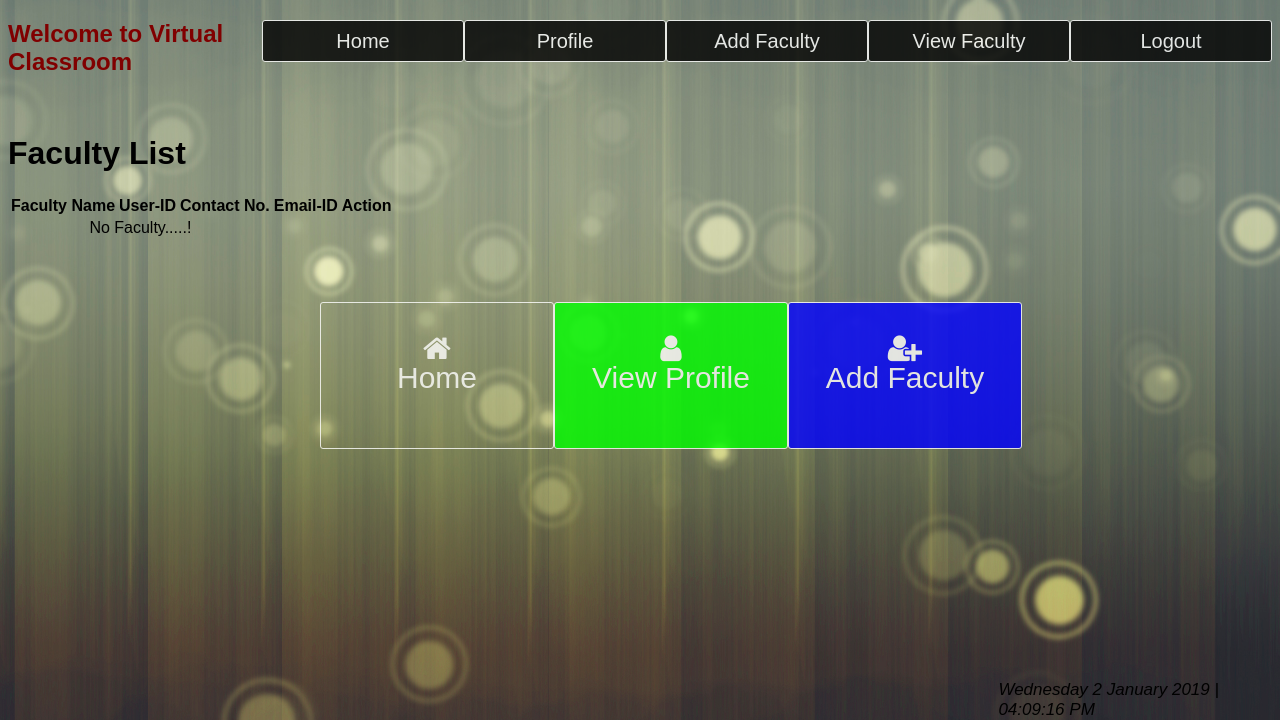
Repository: Rajendra1998/Virtual_classroom_mvc_project
Page: http://localhost/Virtual_classroom/display_faculty.jsp
The author's editor kept a copy of each file at every save. The page is drawn from the files as they stood at one save, then again after the next save.
The browser window is 1280 px wide. The pictures show the whole page.
The page is served by Tomcat 9. The template is opened directly, without the code that normally fills it, so the values that code supplies are empty.

Above is the page before, as saved 2019-01-09 19:39:27.

After the next save:
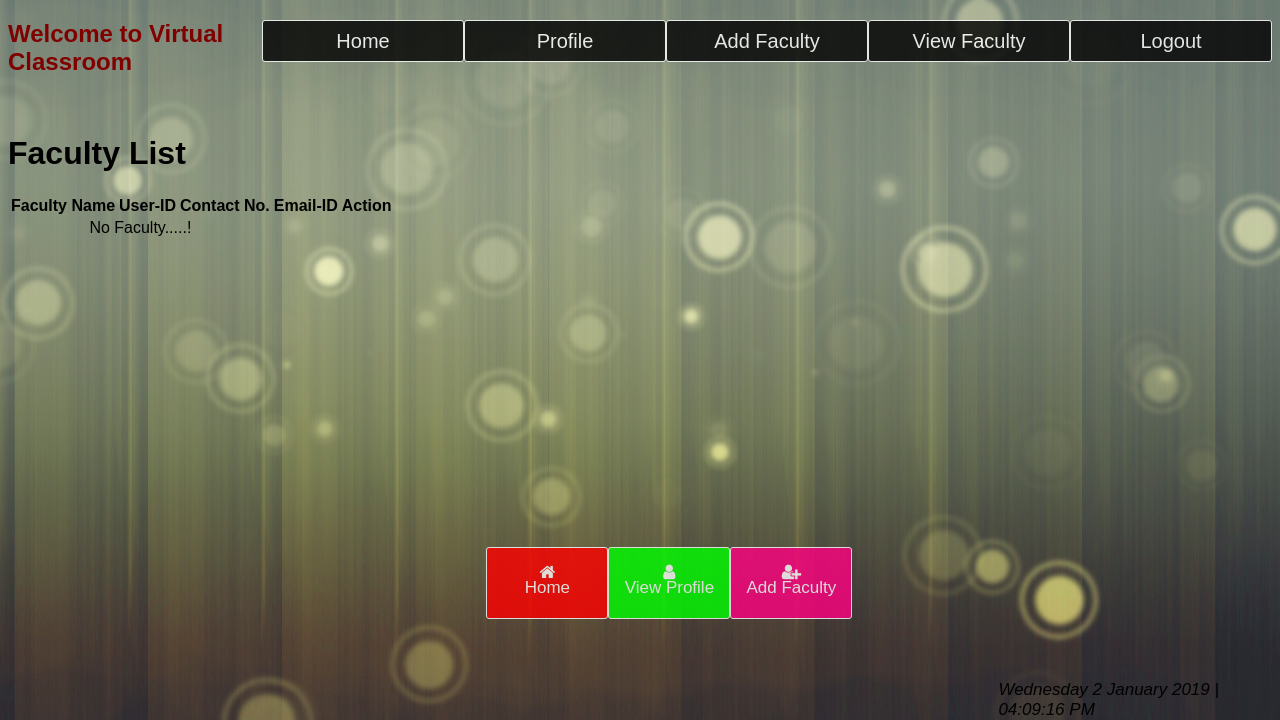
Saved 3 min 58 s later.
--- a/Virtual_classroom/WebContent/display_faculty.jsp
+++ b/Virtual_classroom/WebContent/display_faculty.jsp
@@ -71,8 +71,8 @@
 	}
 	.menu1 nav{
 		position:absolute;
-		top:42%;
-		left:25%;
+		top:76%;
+		left:38%;
 
 	}
 	.menu1 nav ul{
@@ -82,24 +82,24 @@
 	}
 	.menu1 nav ul li {
 		float:left;
-		width: 232px;
-		height: 145px;
+		width: 120px;
+		height: 70px;
 		border:1px  solid white;
 		opacity: .8;
-		line-height: 30px;
+		line-height: 15px;
 		text-align: center;
-		font-size: 30px;
+		font-size: 17px;
 		position:relative;
 		border-radius:3px;
 
 	}
+	.menu1 nav ul li.home{
+		background-color: red;
+	}
 	.menu1 nav ul li.profile{
 		background-color: #00ff00;
 	}
 	.menu1 nav ul li.add{
-		background-color: #0000ff;
-	}
-	.menu1 nav ul li.view{
 		background-color:#ff0080;
 	}
 	.menu1 nav ul li a {
@@ -107,7 +107,6 @@
 		color:white;
 		display:block;
 	}
-
 	</style>
 </head>
 <body>
